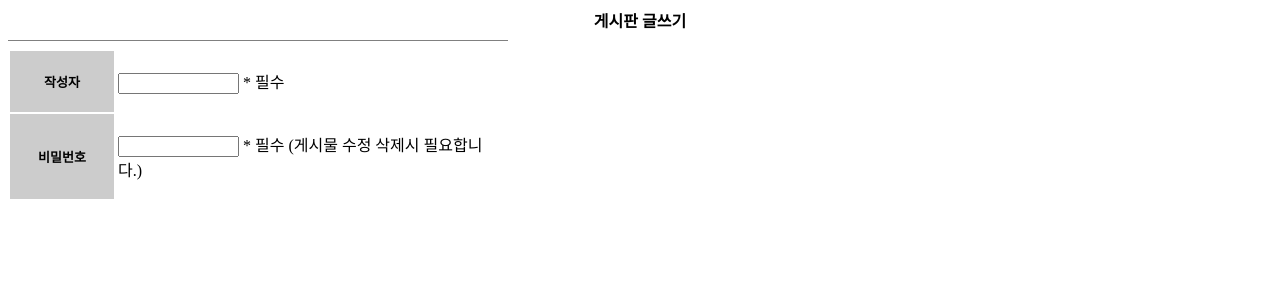
Repository: kalmia26/Capstone
Page: http://localhost/LectureSystem/write2.jsp
The author's editor kept a copy of each file at every save. The page is drawn from the files as they stood at one save, then again after the next save.
The browser window is 1280 px wide. The pictures show the whole page.
The page is served by Tomcat 9. Other server files are loaded and not shown.

Above is the page before, as saved 2017-05-08 22:02:05.

### LectureSystem/WebContent/write2.jsp
<%@ page language="java" contentType="text/html; charset=EUC-KR"
    pageEncoding="EUC-KR"%>
<!DOCTYPE html PUBLIC "-//W3C//DTD HTML 4.01 Transitional//EN" "http://www.w3.org/TR/html4/loose.dtd">
<html>
<head>
<meta http-equiv="Content-Type" content="text/html; charset=EUC-KR">
<title>게시판</title>

<SCRIPT language="JavaScript">
function Check() {
	if(Write.name.value.length < 1) {
		alert("작성자를 입력하세요");
		Write.name.focus();
			return false;
	}
	if(Write.pass.value.length < 1) {
		alert("비밀번호를 입력하세요");
		Write.name.focus();
			return false;
	}

	if(Write.title.value.length < 1) {
		alert("제목을 입력하세요.");
		Write.write_title.focus();
			return false;
	}
	if(Write.contents.value.length < 1) {
		alert("글 내용을 입력하세요.");
		Write.content.focus();
			return false;
	}

Write.submit();
}
</SCRIPT>
</head>

<body>
<center> <font size='3'> <b> 게시판 글쓰기 </b></font></center>
<table border='0' width='500' cellpadding='0' cellspacing='0'>
	<tr>
		<td><hr size='1' noshade></td>
	</tr>
</table>

<form Name='write1' action="write_input.jsp" Method='post' onsubmit="return Check()">
	<table border='0' width='500' cellpadding='2' cellspacing='2'>
		<tr>
			<td width='100' bgcolor='cccccc'>
				<font size='2'><center><b>작성자</b></center></font>
			</td>
			<td>
				<p><input type='text' size='12' name='name'> * 필수 </p>
			</td>
		</tr>

		<tr>
			<td width='100' bgcolor='cccccc'>
				<font size='2'><center><b>비밀번호</b></center></font>
			</td>
			<td>
				<p><input type='text' size='12' name='pass'> * 필수 (게시물 수정 삭제시 필요합니다.)</p>
			</td>
		</tr>

	</table>

</form>

</body>
</html>

After the next save:
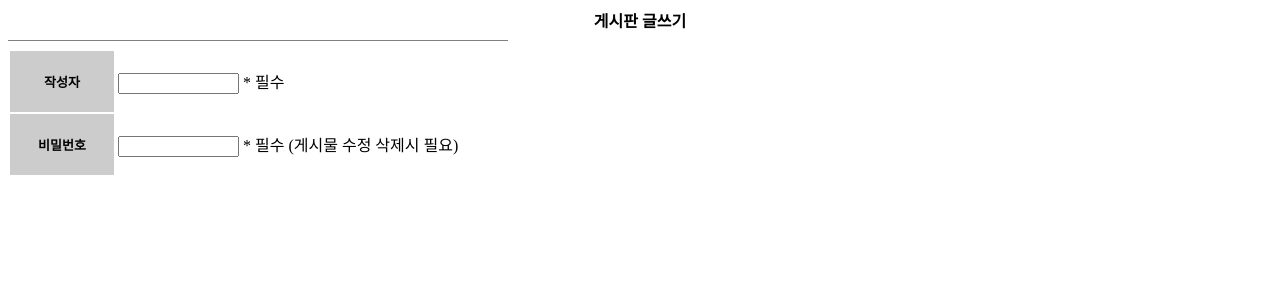
Saved 9 s later.
--- a/LectureSystem/WebContent/write2.jsp
+++ b/LectureSystem/WebContent/write2.jsp
@@ -59,7 +59,7 @@ Write.submit();
 				<font size='2'><center><b>비밀번호</b></center></font>
 			</td>
 			<td>
-				<p><input type='text' size='12' name='pass'> * 필수 (게시물 수정 삭제시 필요합니다.)</p>
+				<p><input type='text' size='12' name='pass'> * 필수 (게시물 수정 삭제시 필요)</p>
 			</td>
 		</tr>
 
